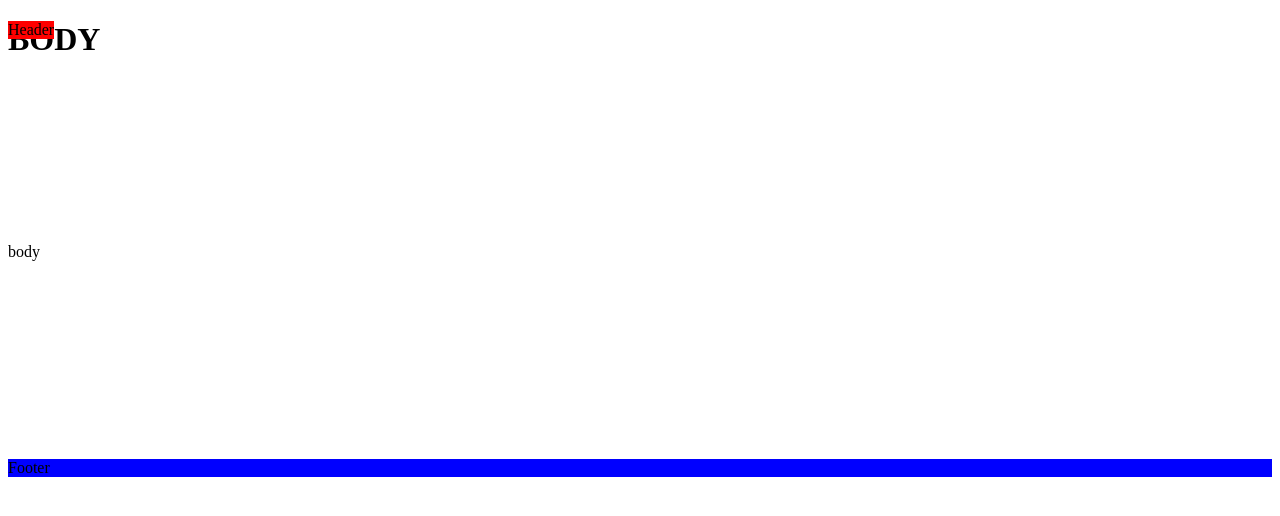
Repository: YokoInoue-u/samurai_HTML-CSS
Page: chap8.1.html
The author's editor kept a record of every edit. The page is drawn from the files as they stood at one moment, then again after the next edit.
The browser window is 1280 px wide. The pictures show the whole page.

Above is the page before.

### chap8.1.html
<!DOCTYPE html>
<html lang="ja">
<head>
    <meta charset="UTF-8">
    <meta name="viewport" content="width=device-width, initial-scale=1.0">
    <meta http-equiv="X-UA-Compatible" content="ie=edge">
    <title>chap8タグでの実装</title>
    <style>
        header {
            background-color: red;
            position: fixed;
        }
        footer {
            background-color: blue;
        }
        .size {
            height: 200px;
        }
    </style>
</head>
<body>
    <header>
        Header
    </header>
    <h1 class="size">BODY</h1>
    <p class="size">body</p>
    <footer>
        Footer
    </footer>
</body>
</html>

After the next edit:
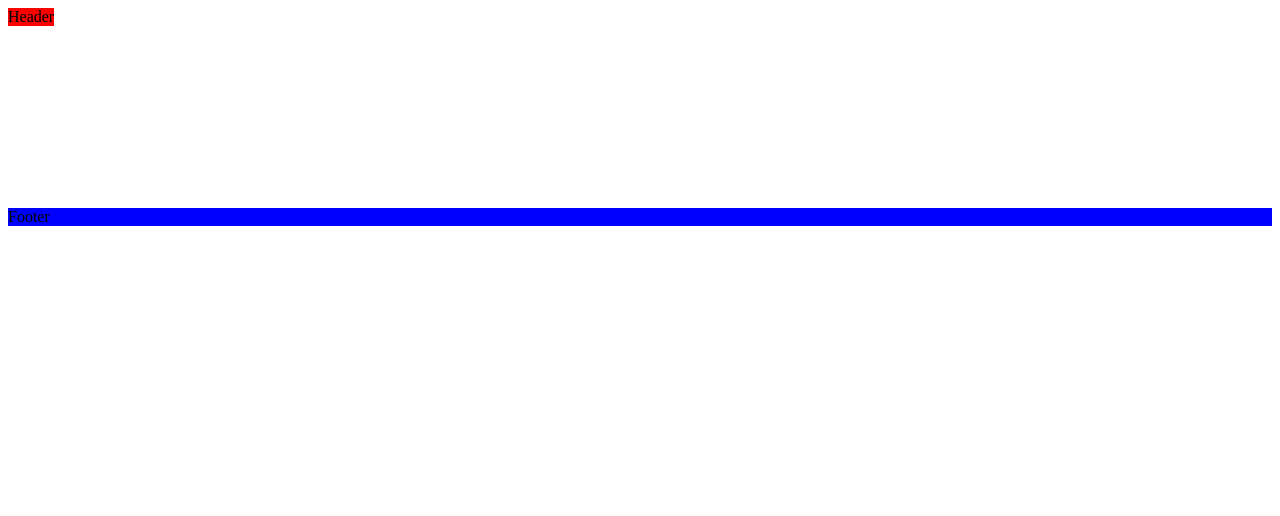
The edit:
--- a/chap8.1.html
+++ b/chap8.1.html
@@ -22,8 +22,7 @@
     <header>
         Header
     </header>
-    <h1 class="size">BODY</h1>
-    <p class="size">body</p>
+    <div class="size">BODY</div>
     <footer>
         Footer
     </footer>
